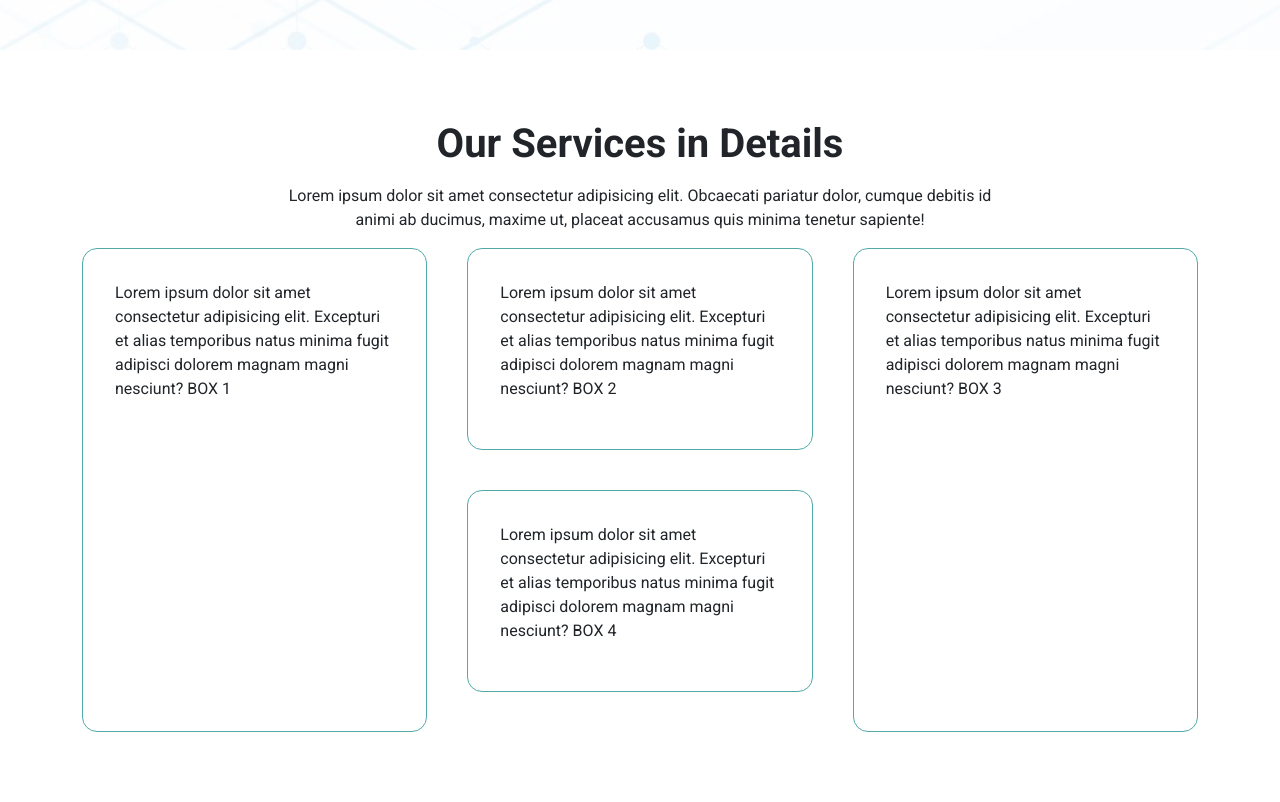
Repository: nazmulalok/landing-page-angelio
Page: index.html
An editor plug-in stored every save of this project. The page is shown before and after the next save, followed by the edit.
The browser window is 1280 px wide. The pictures show the part of the page from y = 2012 to 2818 px (the page is 2814 px tall before and 2818 px after).
A picture or video elsewhere on the page could not be fetched, so the positions and the page height are approximate.

Above is the page before, as saved 2022-09-18 17:42:42.

After the next save:
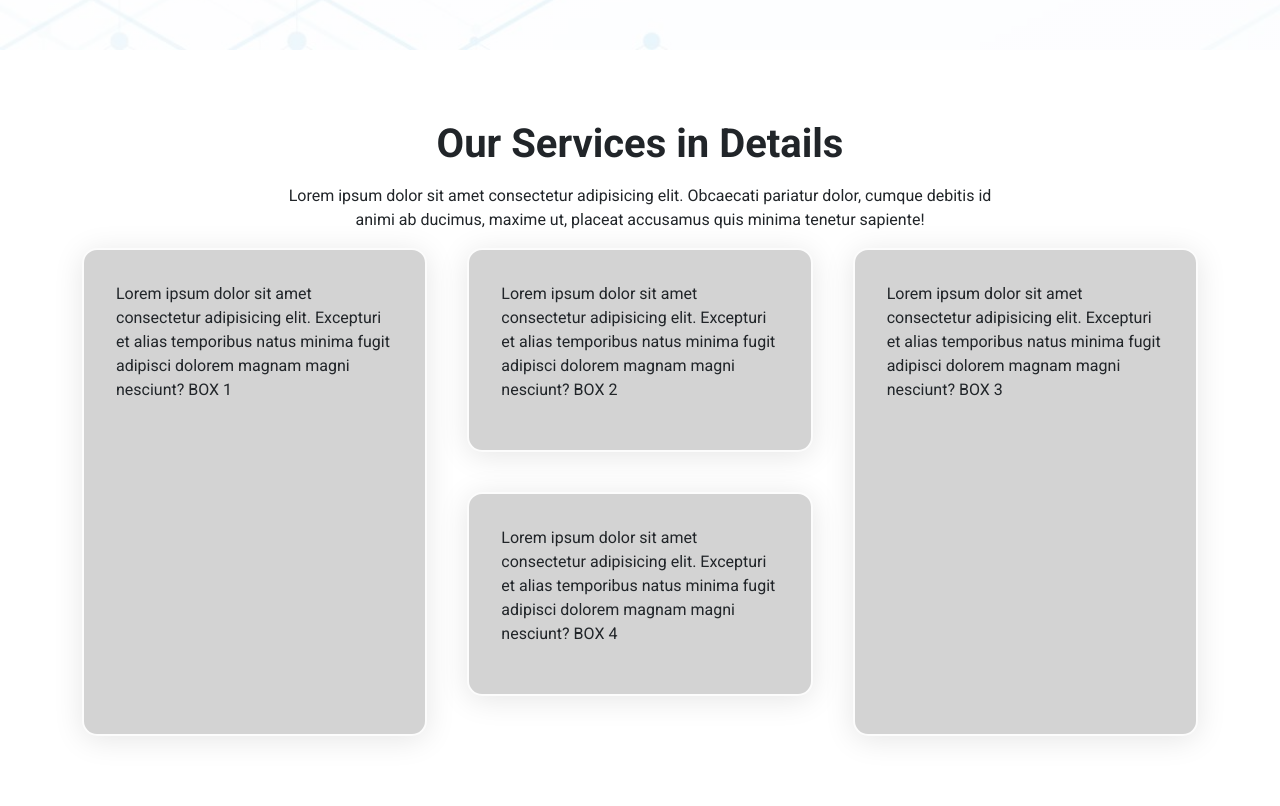
Saved 55 min 19 s later.
--- a/style.css
+++ b/style.css
@@ -331,6 +331,10 @@ span.arrow-text:before {
 
 /* Service Details Box */
 
+.service-details-sec {
+    background-image: linear-gradient(rgb(82 169 169 / 64%), rgb(1 1 1 / 28%));
+}
+
 .service-details-grid {
     display: grid;
     width: 100%;
@@ -344,8 +348,10 @@ span.arrow-text:before {
 
 .service-details-box {
     padding: 2rem;
-    border: 1px solid var(--primary-color);
+    background: lightgray;
     border-radius: 15px;
+    box-shadow: 0 4px 30px rgb(0 0 0 / 10%);
+    border: 2px solid rgb(255 255 255 / 94%);
 }
 
 .main-service-card {
